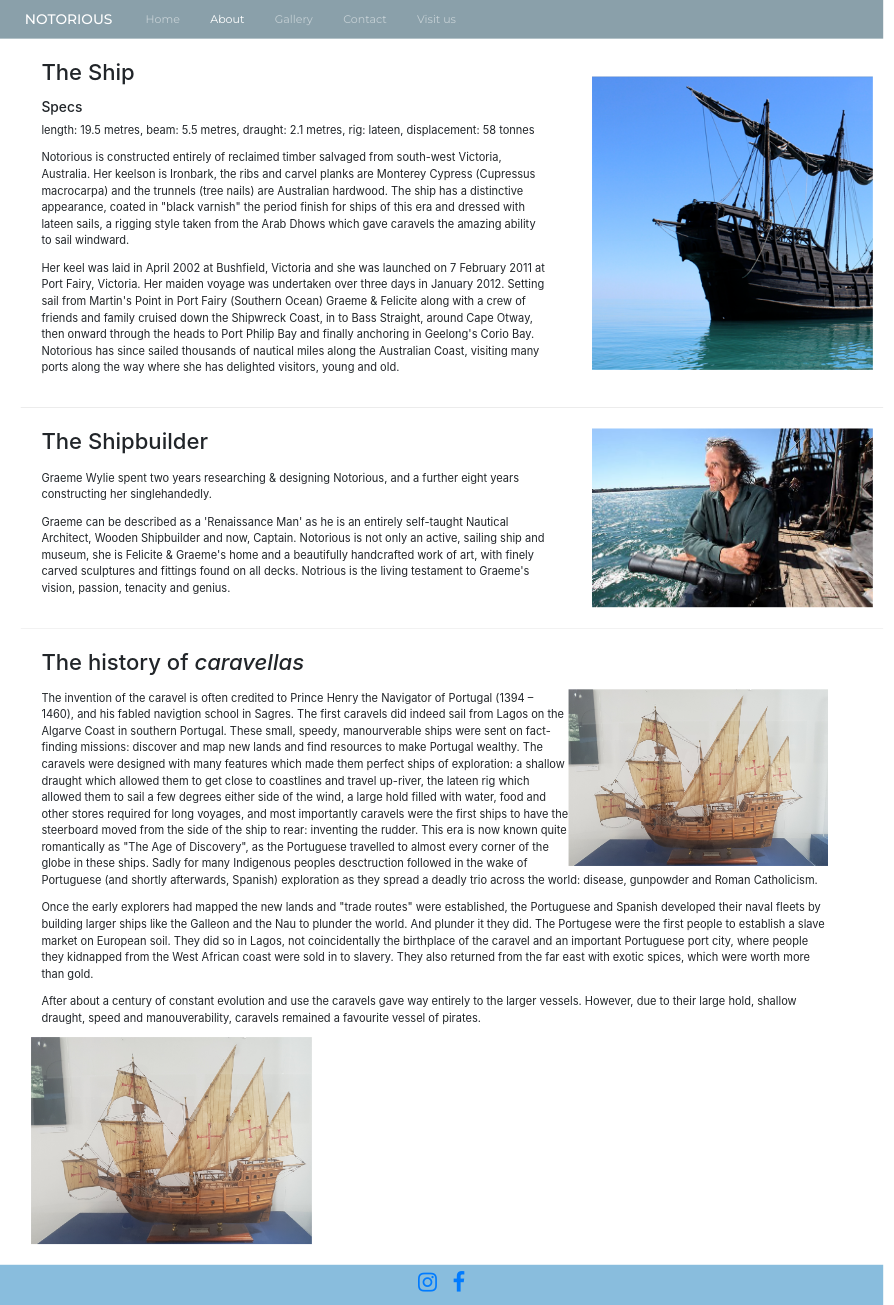
Repository: TSRose/NotorioustheShip
Page: about.html
The author's editor kept a record of every edit. The page is drawn from the files as they stood at one moment, then again after the next edit.
The browser window is 1280 px wide. The page is 1295 px wide, so the pictures cover 1295 px, including what lies to the right of the window. The pictures show the whole page, at 69% of full size.

Above is the page before.

### about.html
<!DOCTYPE html>
<html lang="en">

<head>
    <meta charset="UTF-8">
    <meta name="viewport" content="width=device-width, initial-scale=1.0">
    <meta http-equiv="X-UA-Compatible" content="ie=edge">
    <link rel="stylesheet" href="https://stackpath.bootstrapcdn.com/bootstrap/4.3.1/css/bootstrap.min.css" type="text/css" />
    <link rel="stylesheet" href="https://stackpath.bootstrapcdn.com/font-awesome/4.7.0/css/font-awesome.min.css">
    <link rel="stylesheet" href="assets/css/style.css" type="text/css">

    <title>Notorious the Ship</title>
</head>

<body>
    <nav class="navbar navbar-dark navbar-expand-md">
        <a href="index.html" class="navbar-brand">NOTORIOUS</a>
        <button class="navbar-toggler ml-auto" type="button" data-toggle="collapse" data-target="#navbarNavDropdown" aria-controls="navbarNavDropdown" aria-expanded="false" aria-label="Toggle navigation">
      <span class="navbar-toggler-icon"></span></button>
        <div class="collapse navbar-collapse" id="navbarNavDropdown">
            <ul class="navbar-nav mr-auto">
                <li class="nav-item mr-2"><a class="nav-link" href="index.html">Home</a></li>
                <li class="active nav-item mr-2"><a class="nav-link" href="about.html">About</a></li>
                <li class="nav-item mr-2"><a class="nav-link" href="gallery.html">Gallery</a></li>
                <li class="nav-item mr-2"><a class="nav-link" href="contact.html">Contact</a></li>
                <li class="nav-item mr-2"><a class="nav-link" href="open.html">Visit us</a></li>
            </ul>
        </div>
    </nav>

    <!-------------------article-->

    <div class="about-container container-fluid">
        <div class="article-container">
            <div class="row">
                <div class="col-8 d-md-block">
                    <div class="theship article-wrapper">
                        <h2>The Ship</h2>
                        <h5>Specs</h5>
                        <p>length: 19.5 metres, beam: 5.5 metres, draught: 2.1 metres, rig: lateen, displacement: 58 tonnes</p>
                        <p>Notorious is constructed entirely of reclaimed timber salvaged from south-west Victoria, Australia. Her keelson is Ironbark, the
                        ribs and carvel planks are Monterey Cypress (Cupressus macrocarpa) and the trunnels (tree nails) are Australian hardwood. The ship has
                        a distinctive appearance, coated in "black varnish" the period finish for ships of this era and dressed with lateen sails, a rigging
                        style taken from the Arab Dhows which gave caravels the amazing ability to sail windward.</p>
                        <p>Her keel was laid in April 2002 at Bushfield, Victoria and she was launched on 7 February 2011 at Port Fairy, Victoria. Her maiden
                        voyage was undertaken over three days in January 2012. Setting sail from Martin's Point in Port Fairy (Southern Ocean) Graeme & Felicite
                        along with a crew of friends and family cruised down the Shipwreck Coast, in to Bass Straight, around Cape Otway, then
                        onward through the heads to Port Philip Bay and finally anchoring in Geelong's Corio Bay. Notorious has since sailed
                        thousands of nautical miles along the Australian Coast, visiting many ports along the way where she has delighted visitors, young and old.</p>
                    </div>
                </div>
                <div class="col-4 theshipimage image-fluid">
                </div>
            </div>
        </div>
        <hr>
        <div class="article-container">
            <div class="row">
                <div class="col-8 d-md-block">
                    <div class="thebuilder article-wrapper">
                        <h2>The Shipbuilder</h2>
                        <p>Graeme Wylie spent two years researching & designing Notorious, and a further eight years constructing her singlehandedly. </p>
                        <p>Graeme can be described as a 'Renaissance Man' as he is an entirely self-taught Nautical Architect, Wooden Shipbuilder and now, Captain.
                        Notorious is not only an active, sailing ship and museum, she is Felicite & Graeme's home and a beautifully handcrafted work of art, with finely carved sculptures and fittings
                        found on all decks. Notrious is the living testament to Graeme's vision, passion, tenacity and genius.</p>
                    </div>
                </div>
                <div class="col-4 thebuilderimage image-fluid">
                </div>
            </div>
        </div>
        <hr>
        <div class="article-container">
            <div class="row">
                <div class="col-12  d-md-block">
                    <div class="thehistory article-wrapper">
                        <h2>The history of <em>caravellas</em></h2>
                        <img src="images/portuguesecaravelmodel.jpg" style="float: right; width: 33%;" alt="Model ship">
                        <p>The invention of the caravel is often credited to Prince Henry the Navigator of Portugal (1394 – 1460), and his fabled navigtion school in Sagres. The
                        first caravels did indeed sail from Lagos on the Algarve Coast in southern Portugal. These small, speedy, manourverable ships were sent on fact-finding missions:
                        discover and map new lands and find resources to make Portugal wealthy. The caravels were designed with many features which made them perfect ships of exploration: a shallow
                        draught which allowed them to get close to coastlines and travel up-river, the lateen rig which allowed them to sail a few degrees either side of the wind,
                        a large hold filled with water, food and other stores required for long voyages, and most importantly caravels were the first ships to have the steerboard moved from the
                        side of the ship to rear: inventing the rudder.
                        This era is now known quite romantically as "The Age of Discovery", as the Portuguese travelled to almost every corner of the globe
                        in these ships. Sadly for many Indigenous peoples desctruction followed in the wake of Portuguese (and shortly afterwards, Spanish) exploration as they
                        spread a deadly trio across the world: disease, gunpowder and Roman Catholicism.</p>
                        <p>Once the early explorers had mapped the new lands and "trade routes" were established, the Portuguese and Spanish developed their naval fleets by building larger ships like the Galleon and the Nau
                        to plunder the world. And plunder it they did. The Portugese were the first people to establish a slave market on European soil. They did so in Lagos, not coincidentally the birthplace of the caravel
                        and an important Portuguese port city, where people they kidnapped from the West African coast were sold in to slavery. They also returned from the far east with exotic spices, which were worth more than
                        gold.</p>
                        <p>After about a century of constant evolution and use the caravels gave way entirely to the larger vessels.
                        However, due to their large hold, shallow draught, speed and manouverability, caravels remained a favourite vessel of pirates.</p>
                    </div>
                </div>
                <div class="col-4 thehistoryimage image-fluid">
                </div>
            </div>
        </div>
    </div>

    <!---------------------------footer----->
    <footer class="container-fluid footer">
        <div id="footer-details" class="row">
            <div class="col-12">
                <ul class="list-inline social-links">
                    <li class="list-inline-item">
                        <a target="_blank" href="http://instagram.com/notorioustheship">
                        <i class="fa fa-instagram fa-2x" aria-hidden="true"></i>
                        <span class="sr-only">Instagram</span>
                        </a>
                    </li>
                    <li class="list-inline-item">
                        <a target="_blank" href="http://facebook.com/notorioustheship">
                        <i class="fa fa-facebook fa-2x" aria-hidden="true"></i>
                        <span class="sr-only">Facebook</span>
                        </a>
                    </li>
                </ul>
            </div>
        </div>
    </footer>

    <script src="https://code.jquery.com/jquery-3.3.1.slim.min.js" integrity="sha384-q8i/X+965DzO0rT7abK41JStQIAqVgRVzpbzo5smXKp4YfRvH+8abtTE1Pi6jizo" crossorigin="anonymous"></script>
    <script src="https://cdnjs.cloudflare.com/ajax/libs/popper.js/1.14.7/umd/popper.min.js" integrity="sha384-UO2eT0CpHqdSJQ6hJty5KVphtPhzWj9WO1clHTMGa3JDZwrnQq4sF86dIHNDz0W1" crossorigin="anonymous"></script>
    <script src="https://stackpath.bootstrapcdn.com/bootstrap/4.3.1/js/bootstrap.min.js" integrity="sha384-JjSmVgyd0p3pXB1rRibZUAYoIIy6OrQ6VrjIEaFf/nJGzIxFDsf4x0xIM+B07jRM" crossorigin="anonymous"></script>

</body>

</html>

### assets/css/style.css
@import url('https://fonts.googleapis.com/css?family=Montserrat:100,200,300,400,500,600,700|Roboto:100,200,300,400,500,600,700');

body {
    margin: 10;
    padding: 0;
}

header {
    margin: 0;
}

.footer {
    background-color: #89bddd;
    border-color: #89bddd;
}

h2 {
    margin-bottom: 20px;
}

/*-------------------------------- navbar */

.navbar-brand {
    font-family: "Montserrat", sans-serif;
    color: #fafafa;
    margin: 0 20px;
    font-weight: 500;
}

.nav-item {
    color: #fafafa;
    font-family: "Montserrat", sans-serif;
    margin: 0 20px;
}

.list-inline {
    text-align: center;
}

.navbar {
    color: #aaa;
    background-color: #8aa0aa;
    margin-bottom: 0;
    border: 0;
    width: 100%;
}

.navbar .navbar-toggler {
    border: 0;
}

/*---------------------------------Landing ----*/

.landing-container {
    height: 100VH;
    background: url("../images/notorious_portdouglas_xsm_crop.jpg") no-repeat center center fixed;
    -webkit-background-size: cover;
    -moz-background-size: cover;
    -o-background-size: cover;
    background-size: cover;
    display: flex;
    align-items: center;
    justify-content: center;
    position: relative;
}

@media (min-width: 576px) {
    .landing-container {
        background: url("../images/notorious_portdouglas_sm_crop.jpg") no-repeat center right fixed;
    }
    .
}

@media (min-width: 768px) {
    .landing-container {
        background: url("../images/notorious_portdouglas_md_crop.jpg") no-repeat center right fixed;
    }
}

@media (min-width: 992px) {
    .landing-container {
        background: url("../images/notorious_portdouglas.PNG") no-repeat center left fixed;
    }
}

.text-uppercase {
    text-transform: uppercase;
}

.landing-subheading {
    padding: 0 0px;
    text-align: left;
}

/*--------------------------------Jumbotron*/

.absolute {
    position: absolute;
    height: 100VH;
    width: 100VW;
    padding: 7%;
}

.jumbotron {
    background-color: transparent;
    padding: 0;
    color: #fafafa;
    height: 100VH;
}

.jumbotron-header {
    font-weight: bold;
    margin-bottom: 35px;
    margin: 50px;
    text-transform: capitalize;
    padding: 50px;
}


/*--------------------------------------- contact form*/

.contact-heading {
    font-family: "Montserrat", sans-serif;
    font-weight: 200;
    margin-top: 25px;
    margin-bottom: 20px;
}

.center-form {
    padding-top: 10px;
    margin: 0 auto;
    max-width: 70%;
}

button[type="submit"] {
    margin-top: 15px;
    margin-bottom: 20px;
    color: #fafafa;
    background-color: #3498db;
}

.col .btn {
    padding: 0 15;
}

@media(max-width: 991px) {
    .center-form {
        padding-top: 30px;
        min-height: 240px;
        margin: 0 auto;
        max-width: 70%;
    }
}

@media(min-width: 992px) {
    .center-form {
        padding-top: 30px;
        min-height: 240px;
        margin: 0 auto;
        max-width: 50%;
    }
}

@media(min-width: 992px) {
    .contact-heading {
        font-family: "Montserrat", sans-serif;
        font-weight: 400;
        margin-top: 25px;
        margin-bottom: 20px;
    }
}

/*-----------------------------------About*/

.about-container {
    margin: 15px;
}

.article-wrapper {
    margin-right: 50px;
}

.theshipimage {
    background: url("../images/notorious_on_anchor.PNG");
    background-position: left;
    background-repeat: no-repeat;
    display: inline-block;
    width: 300px;
    height: auto;
    transition: all .5s ease-in-out;
    -moz-transition: all .5s ease-in-out;
    -webkit-transition: all .5s ease-in-out;
    margin: 0 15;
}

.thebuilderimage {
    background: url("../images/graemewylie.jpg");
    background-position: left;
    background-repeat: no-repeat;
    background-size: cover;
    display: block;
    width: 300px;
    height: auto;
    transition: all .5s ease-in-out;
    -moz-transition: all .5s ease-in-out;
    -webkit-transition: all .5s ease-in-out;
}

.thehistoryimage {
    background: url("../images/portuguesecaravelmodel.jpg");
    background-position: left;
    background-repeat: no-repeat;
    background-size: cover;
    display: block;
    width: auto;
    height: 300px;
    max-height: 300px;
    transition: all .5s ease-in-out;
    -moz-transition: all .5s ease-in-out;
    -webkit-transition: all .5s ease-in-out;
}

.article-container {
    margin: 30px;
}


/*-----------------------------------Buttons*/

.btn--learnmore {
    font-weight: bold;
    font-size: small;
    border-radius: 23px;
    width: 180px;
}


.btn--learnmore:hover,
.but--learnmore:active,
.btn--learnmore:focus,
.btn--learnmore:active:focus {
    background-color: #89bddd;
    border-color: #89bddd;
}

/*-----------------------------------Footer*/

.social-links {
    margin-top: 10px;
    padding-bottom: 0px;
}

.list-inline-item {
    padding-left: 5px;
    padding-right: 5px;
}

After the next edit:
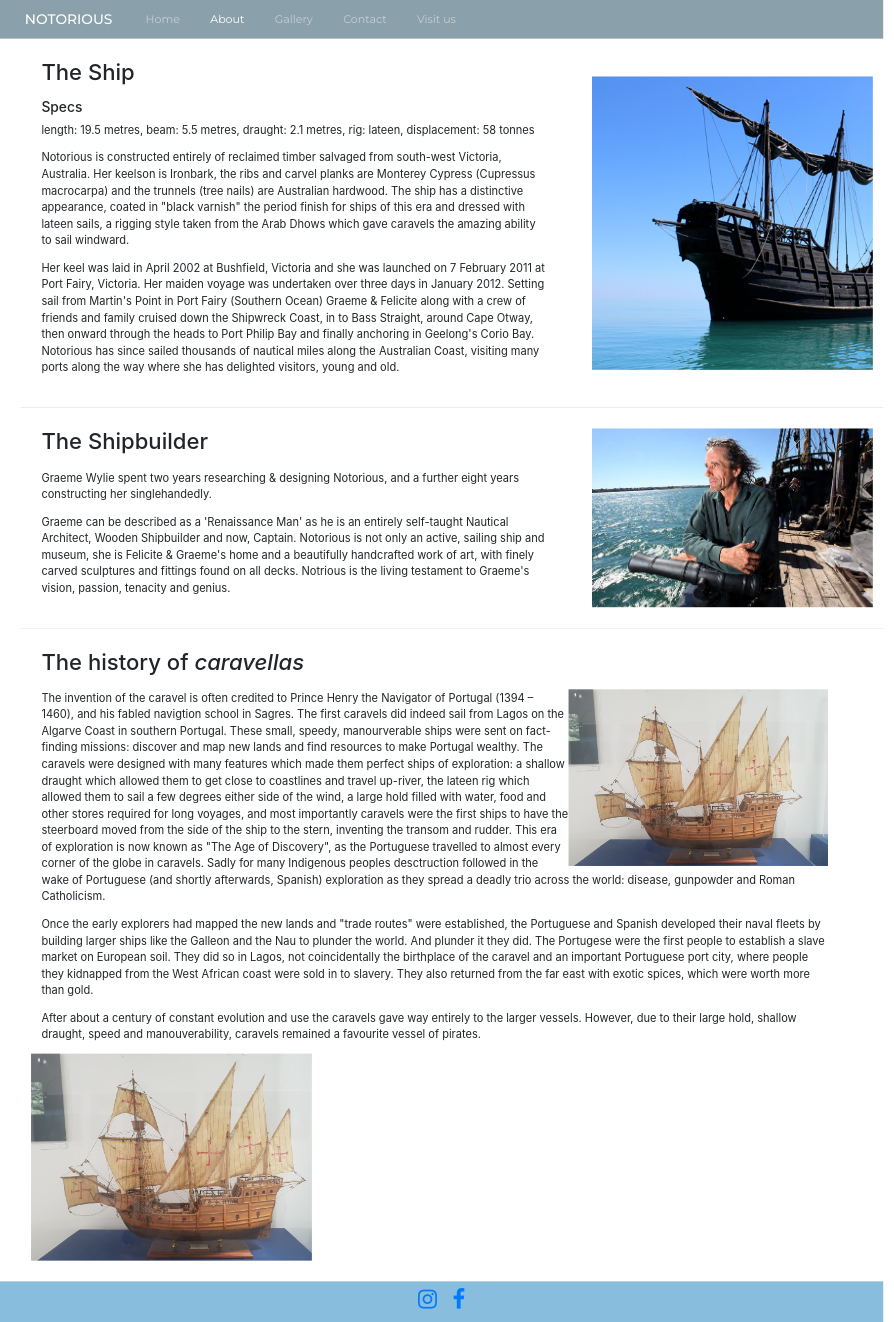
The edit:
--- a/about.html
+++ b/about.html
@@ -81,9 +81,8 @@
                         discover and map new lands and find resources to make Portugal wealthy. The caravels were designed with many features which made them perfect ships of exploration: a shallow
                         draught which allowed them to get close to coastlines and travel up-river, the lateen rig which allowed them to sail a few degrees either side of the wind,
                         a large hold filled with water, food and other stores required for long voyages, and most importantly caravels were the first ships to have the steerboard moved from the
-                        side of the ship to rear: inventing the rudder.
-                        This era is now known quite romantically as "The Age of Discovery", as the Portuguese travelled to almost every corner of the globe
-                        in these ships. Sadly for many Indigenous peoples desctruction followed in the wake of Portuguese (and shortly afterwards, Spanish) exploration as they
+                        side of the ship to the stern, inventing the transom and rudder. This era of exploration is now known as "The Age of Discovery", as the Portuguese travelled to almost every corner of the globe
+                        in caravels. Sadly for many Indigenous peoples desctruction followed in the wake of Portuguese (and shortly afterwards, Spanish) exploration as they
                         spread a deadly trio across the world: disease, gunpowder and Roman Catholicism.</p>
                         <p>Once the early explorers had mapped the new lands and "trade routes" were established, the Portuguese and Spanish developed their naval fleets by building larger ships like the Galleon and the Nau
                         to plunder the world. And plunder it they did. The Portugese were the first people to establish a slave market on European soil. They did so in Lagos, not coincidentally the birthplace of the caravel
